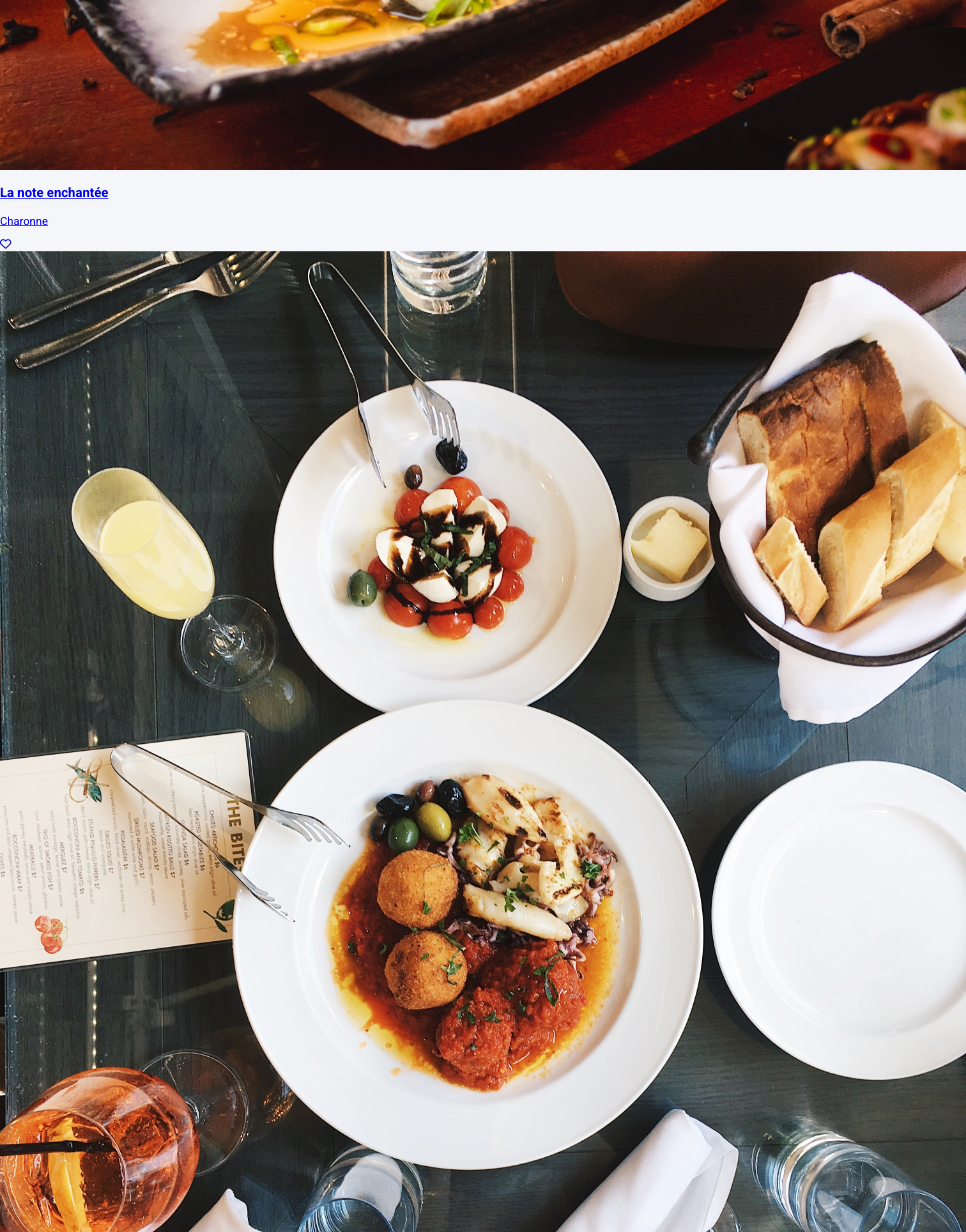
Repository: ultraasedev/ohmyfood
Page: index.html
An editor plug-in stored every save of this project. The page is shown before and after the next save, followed by the edit.
The browser window is 1280 px wide. The page is 1380 px wide, so the pictures cover 1380 px, including what lies to the right of the window. The pictures show the part of the page from y = 2457 to 4217 px (the page is 5974 px tall before and 6029 px after), at 70% of full size.
Some web fonts or font styles are not loaded; a fallback is used. Some web libraries are served in a nearby version.

Above is the page before, as saved 2022-10-27 17:06:30.

### index.html
<!doctype html>
<html lang="fr">
    <head>
        <meta charset="UTF-8">
        <meta name="viewport" content="width=device-width,minimum-scale=1,initial-scale=1,maximum-scale=2">

      <title>Ohmyfood!  - Home</title>
       <meta name="description" content="Ohmyfood! est une entreprise de commande de repas en ligne. Notre concept permet aux
       utilisateurs de composer leur propre menu et réduire leur temps d’attente dans les
       restaurants car leur menu est préparé à l’avance. Plus de perte de temps à consulter la carte"/>
       <meta property="og:site_name" content="Ohmyfood!  - est une entreprise de commande de repas en ligne. Notre concept permet aux
       utilisateurs de composer leur propre menu et réduire leur temps d’attente dans les
       restaurants car leur menu est préparé à l’avance. Plus de perte de temps à consulter la carte" />
       <meta property="og:description" content="est une entreprise de commande de repas en ligne. Notre concept permet aux
       utilisateurs de composer leur propre menu et réduire leur temps d’attente dans les
       restaurants car leur menu est préparé à l’avance. Plus de perte de temps à consulter la carte" />




       <link type="text/css" rel="stylesheet" href="css/normalize.css"/>
       <link type="text/css" rel="stylesheet" href="css/all.min.css"/>
       <link type="text/css" rel="stylesheet" href="css/fontawesome.min.css"/>
       <link rel="preconnect" href="https://fonts.googleapis.com">
        <link rel="preconnect" href="https://fonts.gstatic.com" crossorigin>
       <link href="https://fonts.googleapis.com/css2?family=Roboto:ital,wght@0,100;0,300;0,400;0,500;0,700;0,900;1,100;1,300;1,400;1,500;1,700;1,900&family=Shrikhand&display=swap" rel="stylesheet">
       <script   src="https://kit.fontawesome.com/f132f25ed3.js" crossorigin="anonymous"></script>

       <link type="text/css" rel="stylesheet" href="css/style.css" />



       </head>

       <body>
<!--Nav + Logo-->
   <div class="nav">
    <div class="logo">
      <img src="images/logo/ohmyfood.png" alt="Ohmyfood !" class="logo"/>
    </div>
   </div>


<!--Header-->
<header>
  <!--Location-->
 <div class="location">
  <div class="villeloca"><p><i class="fa-sharp fa-solid fa-location-dot"></i> Paris,Bellevue</p></div>
</div>

  <div class="head-cont">
    <h2>Réserver le menu qui vous convient</h2>
    <p>Découvrez des restaurants d'exeception, selectionnés par nos soins.</p>

    <button class="btn-nav">
      Explorer nos restaurants
    </button>
  </div>
</header>

<!--Fonctionnement-->
<section class="cont-fonc">


</section>
<!--Fonctionnement-->

<!--Restau 1-->
<section class="cont-art">

  <!-- Card 1 -->
              <article class="resto-card">
                <a href="#">
                  <img
                    src="./images/restaurants/jay-wennington-N_Y88TWmGwA-unsplash.jpg"
                    alt="Photo de l'hébergement"
                  />
                  <div class="new">Nouveau</div>
                  <h3>La Palette du goût</h3>
                  <p>Ménilmontant</p>
                  <div class="stars">
                    <i class="fa-regular fa-heart"></i>
                  </div>
                </a>
              </article>


               <!-- Card 2 -->
               <article class="resto-card">
                <a href="#">
                  <img
                    src="./images/restaurants/louis-hansel-shotsoflouis-qNBGVyOCY8Q-unsplash.jpg"
                    alt="Photo de l'hébergement"
                  />
                  <h3>La note enchantée</h3>
                  <p>Charonne</p>
                  <div class="stars">
                    <i class="fa-regular fa-heart"></i>

                  </div>
                </a>
              </article>

               <!-- Card 3 -->
               <article class="resto-card">
                <a href="#">
                  <img
                    src="./images/restaurants/stil-u2Lp8tXIcjw-unsplash.jpg"
                    alt="Photo de l'hébergement"
                  />
                  <h3>A la francaise</h3>
                  <p>Cité rouge</p>
                  <div class="stars">
                    <i class="fa-regular fa-heart"></i>
                  </div>
                </a>
              </article>

               <!-- Card 4 -->
               <article class="resto-card">
                <a href="#">
                  <img
                    src="./images/restaurants/toa-heftiba-DQKerTsQwi0-unsplash.jpg"
                    alt="Photo de l'hébergement"
                  />
                  <h3>Auberge la Cannebière</h3>
                  <p>Nuit à partir de <strong>25€</strong></p>
                  <div class="stars">
                    <i class="fa-regular fa-heart"></i>
                  </div>
                </a>
              </article>




</section>

<!--FOOTER-->
<footer>
  <div class="container-footer">
    <div class="card-footer">
      <h3 style="font-family: 'Roboto';font-weight: 700;font-style: italic;">OhMyFood</h3>
      <!--<img src="images/logo/ohmyfood.png" alt="Ohmyfood !" height="20px" width="80px" style="margin-bottom: 10px;"/>-->
      <a href="#"><i class="fa-solid fa-utensils"></i>&nbsp;&nbsp;&nbsp;Proposer un restaurant</a>
      <a href="#"><i class="fa-solid fa-handshake"></i>&nbsp;&nbsp;&nbsp;Devenir Partenaire</a>
      <a href="#"><i class="fa-regular fa-circle-info"></i>&nbsp;&nbsp;&nbsp;Mentions Legales</a>
      <a href="#"><i class="fa-regular fa-phone"></i>&nbsp;&nbsp;&nbsp;Contact</a>

    </div>

</footer>

### css/style.css
*{
    box-sizing: border-box;
    font-family: var(--fontall);
    max-width: 1380px;

}
:root{

  /*Font*/
  --fontall: 'Roboto', sans-serif;
  --fontlg: 'Shrikhand' , cursive;

  /*color*/
  --primary: #9356DC;
  --secon: #FF79DA;
  --tert: #99E2D0;

  --greybg: #f5f6fa;

}


body{
    background-color:  var(--greybg);
    font-family: var(--fontall);
}

/* Nav*/
.nav{
  display: flex;
  height: 130px;
  width: 100%;
  background-color: #fff;
  align-items: center;
  align-content: center;
  text-align: center;
  margin-bottom: 10px;
}
/*Logo*/
.logo{
  position: relative;
  align-items: center;
  align-content: center;
  text-align: center;
  margin-right: auto;
  margin-left: auto;
}
.logo img{
  height: 70px;
  width: 250px;
}
/*Header*/
header{
  position: absolute;
  height: 300px;
  width: 100%;
  background-color: #f5f6fa;
  align-items: center;
  align-content: center;
  text-align: center;
  margin-top: -30px;
}
/*Location*/
.location{
  position: flex;
  background-color: #dcdde1;
  height: 40px;
  margin-top: -8px;
  align-items: center;
  align-content: center;
  text-align: center;
}
.location .villeloca{
  position: absolute;
  align-items: center;
  align-content: center;
  text-align: center;
  left: 30%;
}

/*Head-Cont*/

.head-cont h2{
  font-size: 25px;
  font-weight: bold;

}
.head-cont p{
  font-size: 18px;
  font-weight: 400;

}
/*Btn-nav*/
.btn-nav{
  align-items: center;
  align-content: center;
  text-transform: uppercase;
  transition: 0.5s;
  background: rgb(147,86,220);
  background: radial-gradient(circle, rgba(147,86,220,1) 10%, rgba(252,124,218,1) 69%);
  z-index: -1;
  transition: transform 400ms ease-in;
  color: #fff;
  width: 250px;
  height: 50px;
  overflow: hidden;
  text-decoration: none;
  border-radius: 12px;
 font-weight: 500;

}
/*Fonctionnement*/
.cont-fonc{
  position: relative;
  background-color: #fff;
  height: 300px;
  margin-top: 270px;
  border-radius: 5px;
}



footer {
  background-color: #2c3e50;
  padding: 32px 16px;
  color: #fff;
}
.container-footer {
  display: flex;
  max-width: 1330px;
  margin: auto;
  font-family: "Raleway", sans-serif;
  gap: 16px;
}
.card-footer {
  display: flex;
  flex-direction: column;
  min-width: 30%;
}

.card-footer a {
  margin-top: 5px;
  margin-bottom: 16px;
  text-decoration: none;
  color: inherit;
}

.card-footer a:hover {
  text-decoration: underline !important;
}

Loaded but not shown: css/normalize.css (library); css/all.min.css (library); css/fontawesome.min.css (library)

After the next save:
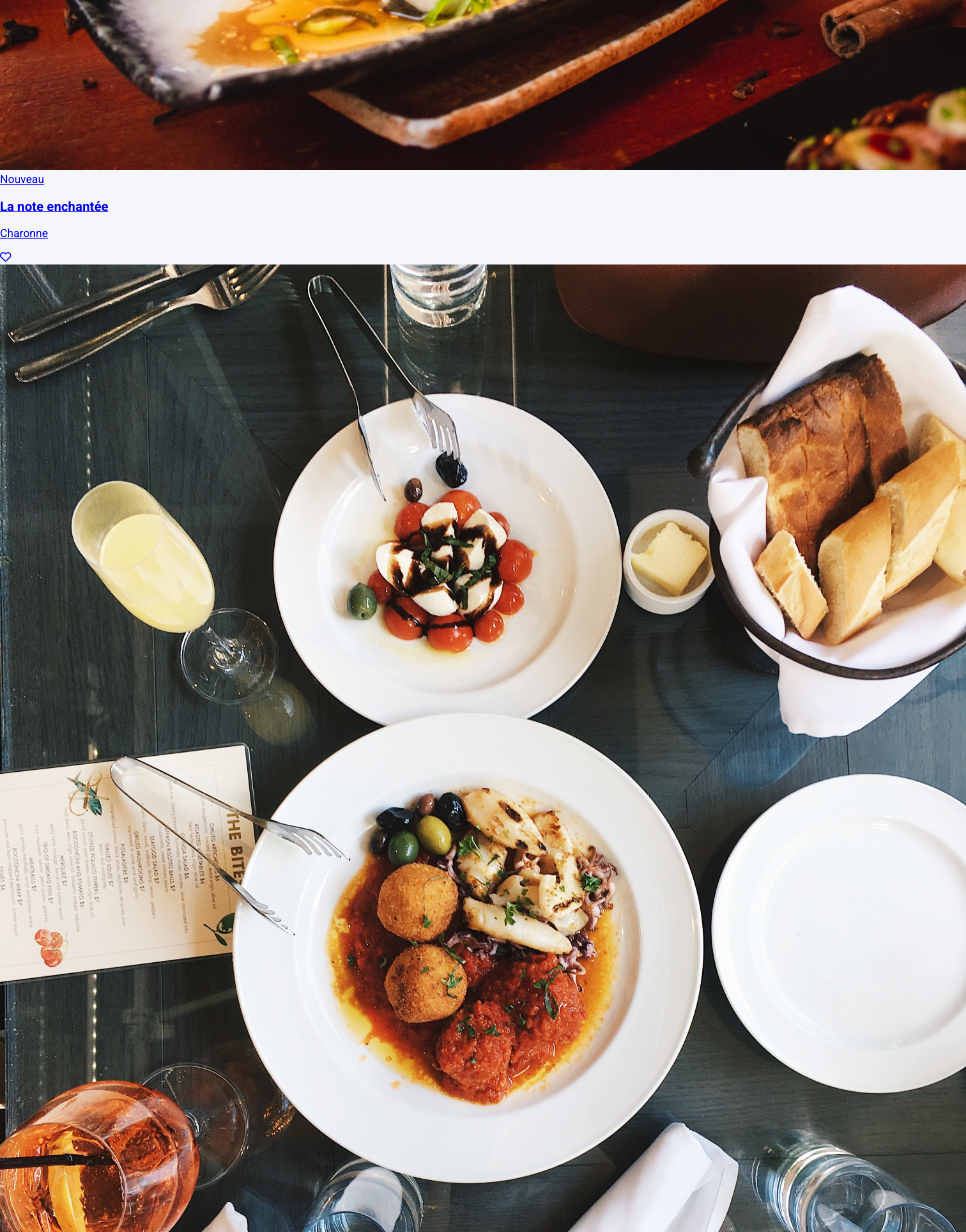
Saved 79 s later.
--- a/index.html
+++ b/index.html
@@ -92,6 +92,7 @@
                     src="./images/restaurants/louis-hansel-shotsoflouis-qNBGVyOCY8Q-unsplash.jpg"
                     alt="Photo de l'hébergement"
                   />
+                  <div class="new">Nouveau</div>
                   <h3>La note enchantée</h3>
                   <p>Charonne</p>
                   <div class="stars">
@@ -108,6 +109,7 @@
                     src="./images/restaurants/stil-u2Lp8tXIcjw-unsplash.jpg"
                     alt="Photo de l'hébergement"
                   />
+                  <div class="new">Nouveau</div>
                   <h3>A la francaise</h3>
                   <p>Cité rouge</p>
                   <div class="stars">
@@ -123,8 +125,9 @@
                     src="./images/restaurants/toa-heftiba-DQKerTsQwi0-unsplash.jpg"
                     alt="Photo de l'hébergement"
                   />
-                  <h3>Auberge la Cannebière</h3>
-                  <p>Nuit à partir de <strong>25€</strong></p>
+                  <div class="new">Nouveau</div>
+                  <h3>Le delice des sens</h3>
+                  <p>Folie méricourt</p>
                   <div class="stars">
                     <i class="fa-regular fa-heart"></i>
                   </div>
